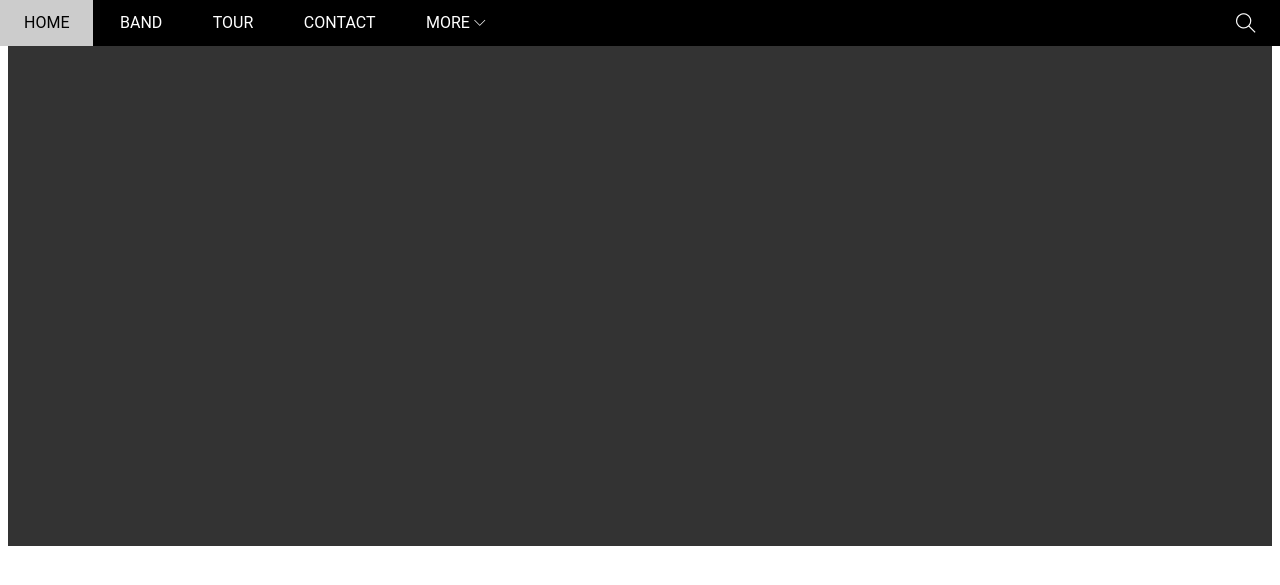
Repository: vuongld315/myLandingPage
Page: index.html
The author's editor kept a copy of each file at every save. The page is drawn from the files as they stood at one save, then again after the next save.
The browser window is 1280 px wide. The pictures show the whole page.

Above is the page before, as saved 2022-07-22 12:37:42.

### index.html
<!DOCTYPE html>
<html lang="en">
<head>
    <meta charset="UTF-8">
    <meta http-equiv="X-UA-Compatible" content="IE=edge">
    <meta name="viewport" content="width=device-width, initial-scale=1.0">
    <title>Document</title>
    <link rel="stylesheet" href="./assets/css/main.css">
    <link rel="stylesheet" href="./assets/css/base.css">
    <link rel="stylesheet" href="./assets/fonts/themify-icons/themify-icons.css">
</head>
<body>
    <div id="main">
        <div id="header">
            <div id="nav">
                <ul>
                    <li><a href="">Home</a></li>
                    <li><a href="">Band</a></li>
                    <li><a href="">Tour</a></li>
                    <li><a href="">Contact</a></li>
                    <li>
                        <a href="#">
                            More
                            <i class="nav-arrow-down ti-angle-down"></i>
                        </a>
                        <ul class="subnav">
                            <li><a href="">Merchadise</a></li>
                            <li><a href="">Extras</a></li>
                            <li><a href="">Media</a></li>
                        </ul>
                    </li>
                </ul>
            </div>
            <div class="search-btn">
                <i class="search-icon ti-search"></i>
            </div>
        </div>

        <div id="slider">

        </div>

        <div id="content">

        </div>

        <div id="footer">

        </div>
    </div>
</body>
</html>

### assets/css/main.css
*   {
    box-sizing: inherit;
}

body    {
    padding-bottom:100px ;
}

html    {
    font-size: 62.5%;
    line-height: 1.6rem;
    font-family: 'Roboto', sans-serif;
    box-sizing: border-box;
}

.gird   {
    width: 1200px;
    max-width: 100%;
    margin: 0 auto;
}

.gird__full-width   {
    width: 100%;
}

.gird__row  {
    display: flex;
    flex-wrap: wrap;
}

#main {
    width: 50;
}

#header {
    height: 46px;
    background-color: #000;
    display: flex;
    align-items: center;
    justify-content: space-between;
    position: fixed;
    top: 0;
    right: 0;
    left: 0;
}

#nav ul {
    padding: 0;
}

#nav li {
    display: inline-block;
    position: relative;
}

#nav > ul > li > a   {
    color: #fff;
    text-transform: uppercase;
    padding: 0 24px;
    line-height: 46px;
}

#nav li a   {
    text-decoration: none;
    font-size: 1.6rem;
    display: inline-block;

}

#nav .subnav li:hover,
#nav > ul > li:hover > a {
    color:#000;
    background-color: #ccc;

}

#nav > ul > li:hover .subnav    {
    display: block;
}

#nav .subnav    {
    display: none;
    position: absolute;
    background-color: #fff;
    width: 160px;
    box-shadow: 0 0 10px rgba(0 ,0 ,0 , .3);
}

#nav .subnav li {
    width: 100%;
    list-style: none;
    padding: 12px;

}

#nav .subnav a  {
    color: #000;
    font-size: 1.4rem;
}

.nav-arrow-down {
    font-size: 1.2rem;
}

#header .search-btn {
    font-size: 20px;
    color: #fff;
    padding: 13px 24px;
    height: 100%;
}

#header .search-btn:hover   {
    background-color: #f44336;
    cursor: pointer;
}

#slider {
    width: 100%;
    min-height: 500px;
    background-color: #333;
    margin-top: 46px;
}

#content {

}

#footer {

}

### assets/css/base.css
*   {
    box-sizing: inherit;
}

body    {
    padding-bottom:100px ;
}

html    {
    font-size: 62.5%;
    line-height: 1.6rem;
    font-family: 'Roboto', sans-serif;
    box-sizing: border-box;
}

.gird   {
    width: 1200px;
    max-width: 100%;
    margin: 0 auto;
}

.gird__full-width   {
    width: 100%;
}

.gird__row  {
    display: flex;
    flex-wrap: wrap;
}

Loaded but not shown: assets/fonts/themify-icons/themify-icons.css (common file)

After the next save:
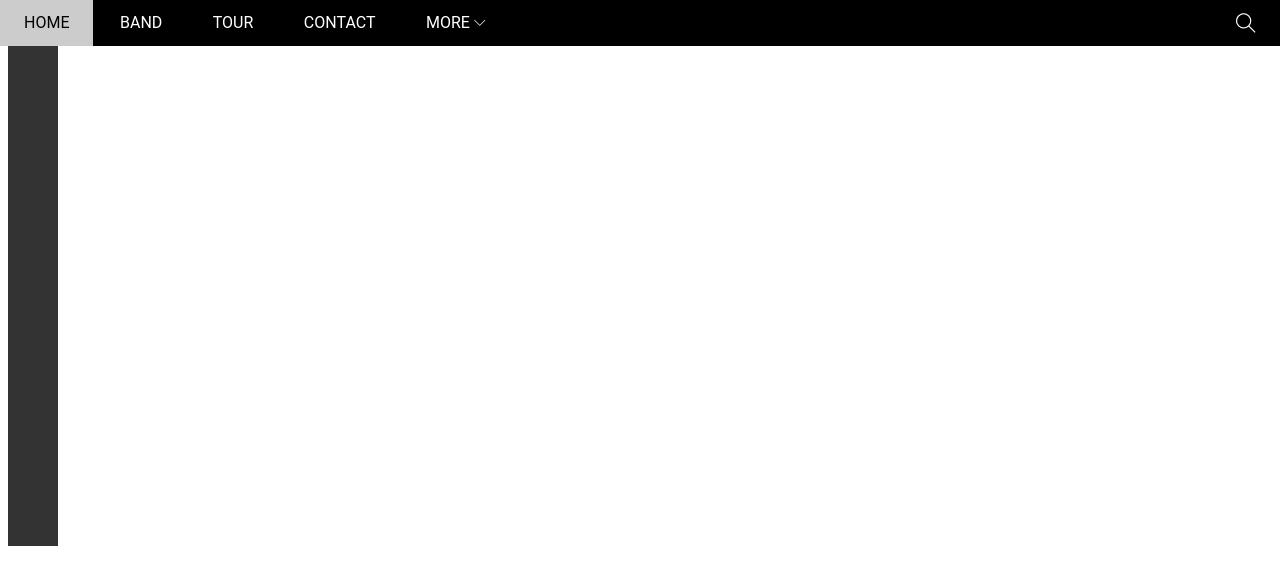
Saved 5 s later.
--- a/assets/css/main.css
+++ b/assets/css/main.css
@@ -29,7 +29,7 @@
 }
 
 #main {
-    width: 50;
+    width: 50px;
 }
 
 #header {

After the save that followed:
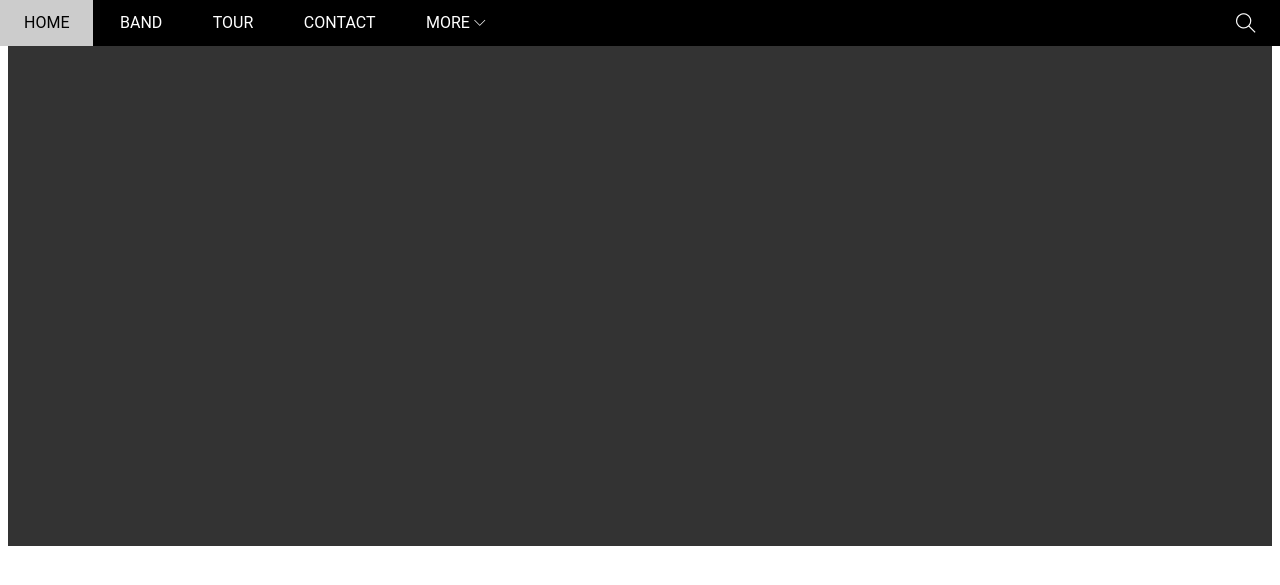
Saved 14 s later.
--- a/assets/css/main.css
+++ b/assets/css/main.css
@@ -29,7 +29,7 @@
 }
 
 #main {
-    width: 50px;
+    width: 100%;
 }
 
 #header {
